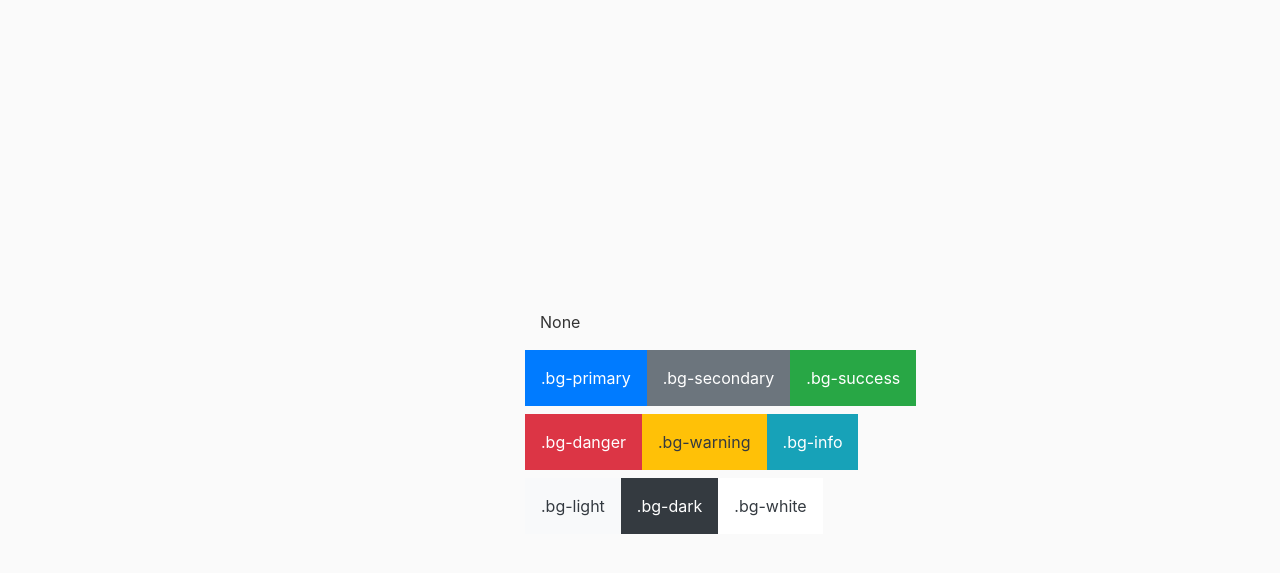
Repository: khanhdk0000/first_proj
Page: http://localhost/about
The author's editor kept a copy of each file at every save. The page is drawn from the files as they stood at one save, then again after the next save.
The browser window is 1280 px wide. The pictures show the whole page.
Some web libraries are served in a nearby version. The page is served by the project's application, run on Flask 3 (flaskblog.py).

Above is the page before, as saved 2021-05-25 12:19:47.

### templates/about.html
{% extends "layout.html" %} {% block content %}
<div class="flex-center">
<div>
<p>{{ var}}</p>
<div class="row">
    <div class="col-md-15 p-3 mb-2 bg-primary text-white">.bg-primary</div>
    <div class="col-md-15 p-3 mb-2 bg-secondary text-white">.bg-secondary</div>
    <div class="col-md-15 p-3 mb-2 bg-success text-white">.bg-success</div>
</div>

<div class="row">
    <div class="col-md-15 p-3 mb-2 bg-danger text-white">.bg-danger</div>
    <div class="col-md-15 p-3 mb-2 bg-warning text-dark">.bg-warning</div>
    <div class="col-md-15 p-3 mb-2 bg-info text-white">.bg-info</div>
</div>

<div class="row">
    <div class="col-md-15 p-3 mb-2 bg-light text-dark">.bg-light</div>
    <div class="col-md-15 p-3 mb-2 bg-dark text-white">.bg-dark</div>
    <div class="col-md-15 p-3 mb-2 bg-white text-dark">.bg-white</div>
</div>
</div>
</div>

{% endblock content %}

### templates/layout.html
<!DOCTYPE html>
<html>
  <head>
    <!-- Required meta tags -->
    <meta charset="utf-8" />
    <meta
      name="viewport"
      content="width=device-width, initial-scale=1, shrink-to-fit=no"
    />

    <!-- Bootstrap CSS -->
    <link
      rel="stylesheet"
      href="https://maxcdn.bootstrapcdn.com/bootstrap/4.0.0/css/bootstrap.min.css"
      integrity="sha384-Gn5384xqQ1aoWXA+058RXPxPg6fy4IWvTNh0E263XmFcJlSAwiGgFAW/dAiS6JXm"
      crossorigin="anonymous"
    />

    <link
      rel="stylesheet"
      type="text/css"
      href="{{ url_for('static', filename='main.css') }}"
    />

    {% if title %}
    <title>Flask Blog - {{ title }}</title>
    {% else %}
    <title>Flask Blog</title>
    {% endif %}
  </head>
  <body>
    {% block content %}{% endblock %}

    <!-- Optional JavaScript -->
    <!-- jQuery first, then Popper.js, then Bootstrap JS -->
    <script
      src="https://code.jquery.com/jquery-3.2.1.slim.min.js"
      integrity="sha384-KJ3o2DKtIkvYIK3UENzmM7KCkRr/rE9/Qpg6aAZGJwFDMVNA/GpGFF93hXpG5KkN"
      crossorigin="anonymous"
    ></script>
    <script
      src="https://cdnjs.cloudflare.com/ajax/libs/popper.js/1.12.9/umd/popper.min.js"
      integrity="sha384-ApNbgh9B+Y1QKtv3Rn7W3mgPxhU9K/ScQsAP7hUibX39j7fakFPskvXusvfa0b4Q"
      crossorigin="anonymous"
    ></script>
    <script
      src="https://maxcdn.bootstrapcdn.com/bootstrap/4.0.0/js/bootstrap.min.js"
      integrity="sha384-JZR6Spejh4U02d8jOt6vLEHfe/JQGiRRSQQxSfFWpi1MquVdAyjUar5+76PVCmYl"
      crossorigin="anonymous"
    ></script>
    <!-- MDB -->
    <script
      type="text/javascript"
      src="https://cdnjs.cloudflare.com/ajax/libs/mdb-ui-kit/3.5.0/mdb.min.js"
    ></script>
  </body>
</html>

### flaskblog.py
from flask import Flask, render_template, url_for, request
app = Flask(__name__)


posts = [
    {
        'author': 'Corey Schafer',
        'title': 'Blog Post 1',
        'content': 'First post content',
        'date_posted': 'April 20, 2018'
    },
    {
        'author': 'Jane Doe',
        'title': 'Blog Post 2',
        'content': 'Second post content',
        'date_posted': 'April 21, 2018'
    }
]

@app.route('/')
@app.route('/home')
def hello_world():
    return render_template('home.html', posts=posts, title='Hey')

@app.route('/about')
def about():
    my_var = request.args.get('my_var', None)
    return render_template('about.html', posts=posts, var=my_var)

if __name__ == '__main__':
    app.run(debug=True)

### static/main.css
body {
    background: #fafafa;
    color: #333333;
    margin-top: 5rem;
    height: 100%;
  }

  h1, h2, h3, h4, h5, h6 {
    color: #444444;
  }

  .bg-steel {
    background-color: #5f788a;
  }

  .site-header .navbar-nav .nav-link {
    color: #cbd5db;
  }

  .site-header .navbar-nav .nav-link:hover {
    color: #ffffff;
  }

  .site-header .navbar-nav .nav-link.active {
    font-weight: 500;
  }

  .content-section {
    background: #ffffff;
    padding: 10px 20px;
    border: 1px solid #dddddd;
    border-radius: 3px;
    margin-bottom: 20px;
  }

  .article-title {
    color: #444444;
  }

  a.article-title:hover {
    color: #428bca;
    text-decoration: none;
  }

  .article-content {
    white-space: pre-line;
  }

  .article-img {
    height: 65px;
    width: 65px;
    margin-right: 16px;
  }

  .article-metadata {
    padding-bottom: 1px;
    margin-bottom: 4px;
    border-bottom: 1px solid #e3e3e3
  }

  .article-metadata a:hover {
    color: #333;
    text-decoration: none;
  }

  .article-svg {
    width: 25px;
    height: 25px;
    vertical-align: middle;
  }

  .account-img {
    height: 125px;
    width: 125px;
    margin-right: 20px;
    margin-bottom: 16px;
  }

  .account-heading {
    font-size: 2.5rem;
  }

  .vertical-center {
    min-height: 100%;  /* Fallback for browsers do NOT support vh unit */
    min-height: 100vh; /* These two lines are counted as one :-)       */

    justify-content:center;
    display: flex;
    align-items: center;
  }

  .flex-center {
    /* display: flex; */
    position: fixed;
    top: 50%;
    left: 50%;
    margin-top: -50px;
    margin-left: -100px;

  }

After the next save:
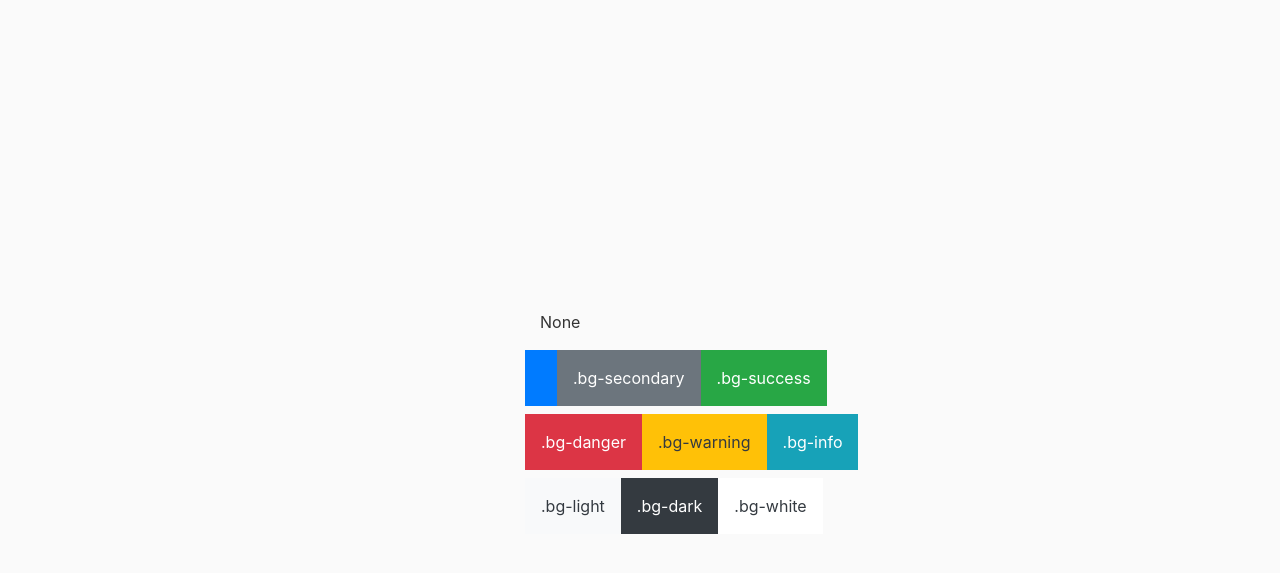
Saved 14 s later.
--- a/templates/about.html
+++ b/templates/about.html
@@ -3,7 +3,7 @@
 <div>
 <p>{{ var}}</p>
 <div class="row">
-    <div class="col-md-15 p-3 mb-2 bg-primary text-white">.bg-primary</div>
+    <div class="col-md-15 p-3 mb-2 bg-primary text-white"></div>
     <div class="col-md-15 p-3 mb-2 bg-secondary text-white">.bg-secondary</div>
     <div class="col-md-15 p-3 mb-2 bg-success text-white">.bg-success</div>
 </div>
